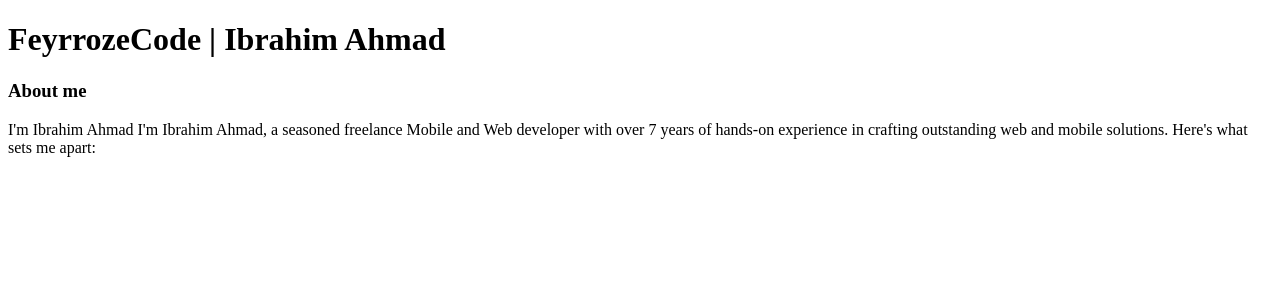
Repository: feyroozecode/feyroozecode.github.io
Page: index.html
These files come from the project's save history. The page is drawn as it stood at one moment and after the next save; the edit follows.
The browser window is 1280 px wide. The pictures show the whole page.

Above is the page before, as saved 2023-11-20 23:42:06.

### index.html
<!DOCTYPE html>
<html lang="en">
<head>
    <meta charset="UTF-8">
    <meta name="viewport" content="width=device-width, initial-scale=1.0">
    <title>FeyroozeCode | Ibrahim Ahmad Portfolio </title>
</head>
<body>

<!-- Title and Header -->

<h1> FeyrrozeCode | Ibrahim Ahmad </h1>

<!-- Introduction -->

<!-- About me

   - Personal Statement

   - Skills
-->

<section>
    <h3>About me </h3>
    <p>
        I'm Ibrahim Ahmad
        I'm Ibrahim Ahmad, a seasoned freelance Mobile and Web developer with over 7 years of hands-on experience in crafting outstanding web and mobile solutions. Here's what sets me apart:
    </p>
</section>


<!-- 3. Portfolio Section

    - Projects

    - Work experiences

    - Education

    - Certificates and Awards
-->

<!-- 4. Skills  -->

<!-- 5: Resume, downloadable -->

<!-- Contact information -->

<!-- 7. Testimonial/ Recommandations  -->

<!-- 8. Blog Articles  -->

<!-- Connect to me (socials links) -->

<footer>

</footer>

</body>
</html>

After the next save:
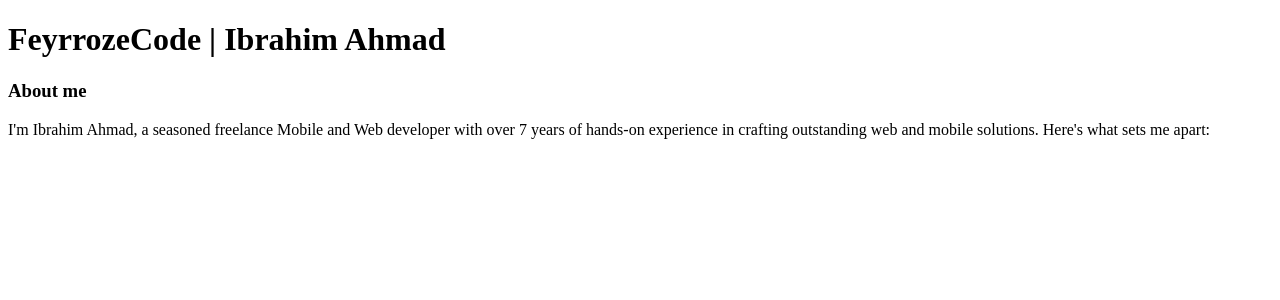
Saved 4 s later.
--- a/index.html
+++ b/index.html
@@ -23,7 +23,6 @@
 <section>
     <h3>About me </h3>
     <p>
-        I'm Ibrahim Ahmad
         I'm Ibrahim Ahmad, a seasoned freelance Mobile and Web developer with over 7 years of hands-on experience in crafting outstanding web and mobile solutions. Here's what sets me apart:
     </p>
 </section>
